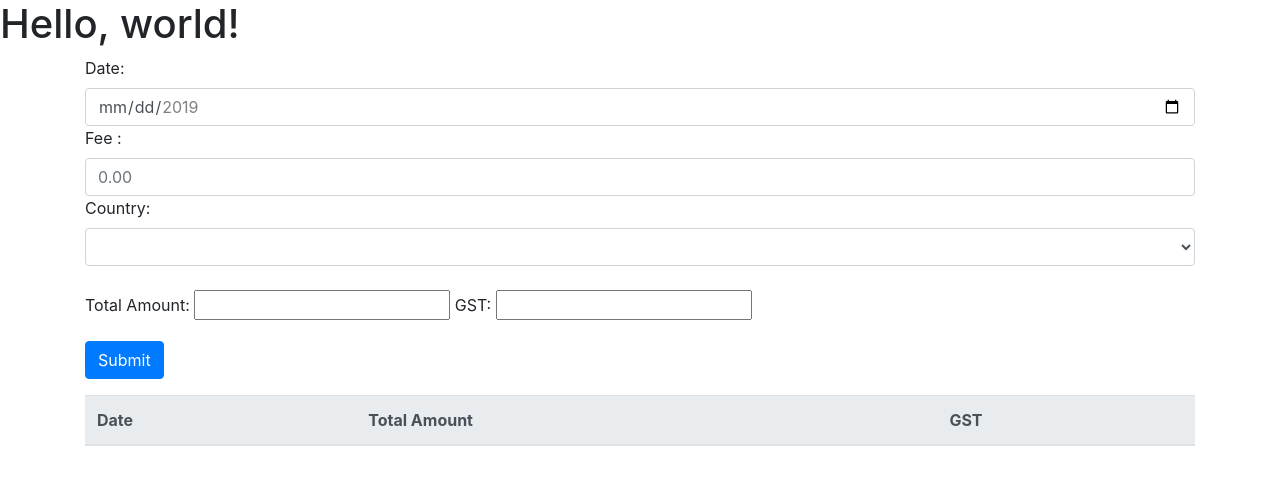
Repository: yucheng91/feesubmissionform
Page: http://localhost/
The author's editor kept a record of every edit. The page is drawn from the files as they stood at one moment, then again after the next edit.
The browser window is 1280 px wide. The pictures show the whole page.
The page is served by the project's application, run on Flask 3 (app.py). Queries for data that is not in the repository find no rows.

Above is the page before.

After the next edit:
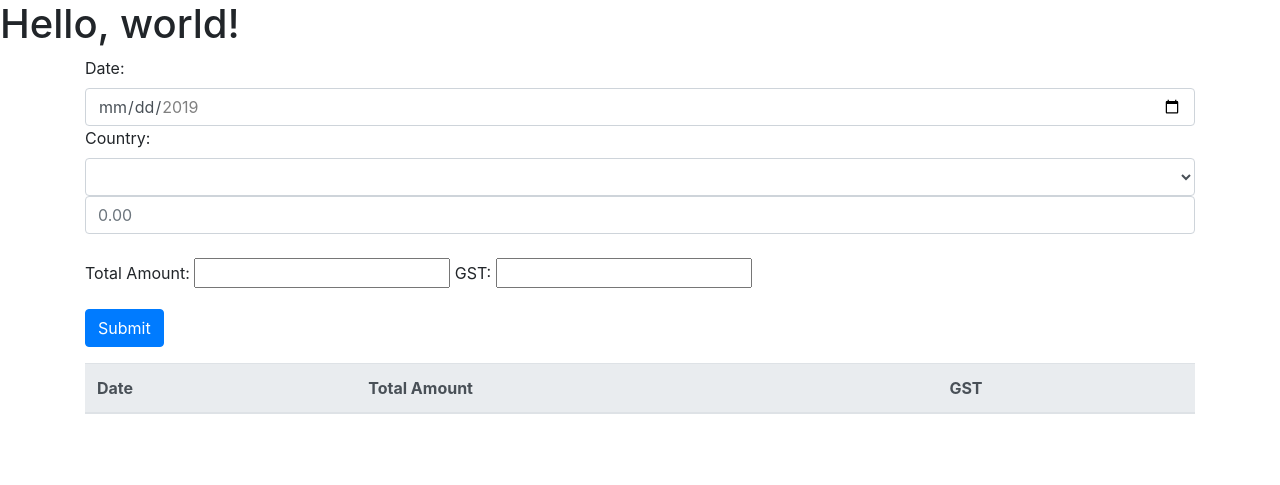
The edit:
--- a/templates/index.html
+++ b/templates/index.html
@@ -23,11 +23,7 @@
                       Date:
                   </label>
               <input type='date' class='form-control' name='date' title="date" min="2019-01-01" max="2019-12-31">
-              <label class='label'>
-                      Fee :
-                  </label>
-              <input type='number' step="0.01" class='form-control' name='fee' placeholder='0.00' onkeyup="calculateGST()">
-              </label>
+
               <label class='label'>
                       Country:
                   </label>
@@ -36,6 +32,7 @@
                           <option value='{{ d['id'] }}' {%if d['id'] == id %}selected='selected'{%endif%}>{{ d['country'] }}</option>
                                {%endfor%}
               </select>
+              <input type='number' step="0.01" class='form-control' name='fee' placeholder='0.00' onkeyup="calculateGST()">
               <br>
                 <label class='label' >
                   Total Amount:

After the edit that followed:
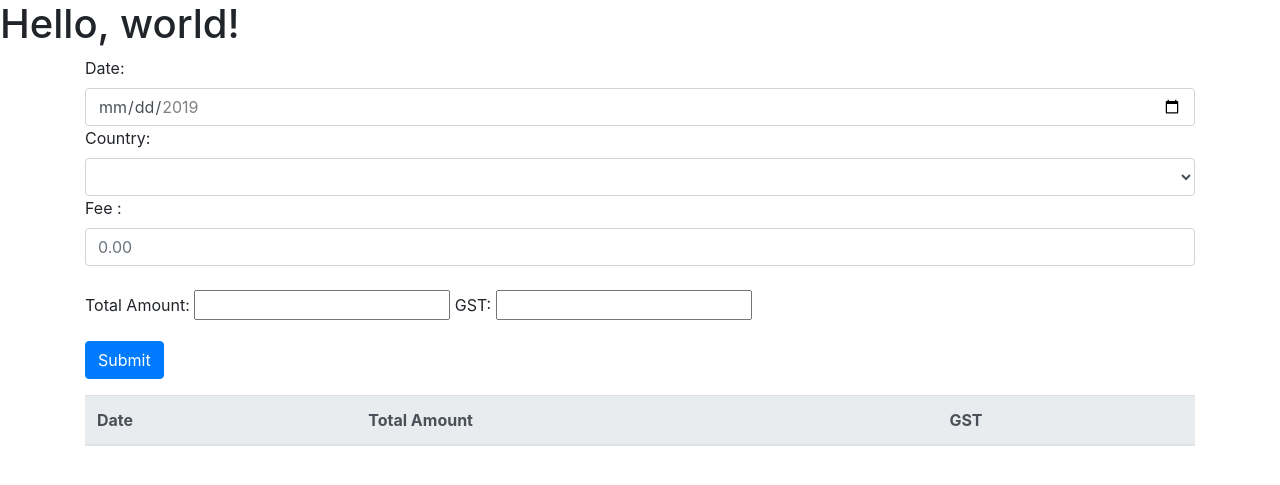
The edit:
--- a/templates/index.html
+++ b/templates/index.html
@@ -32,6 +32,9 @@
                           <option value='{{ d['id'] }}' {%if d['id'] == id %}selected='selected'{%endif%}>{{ d['country'] }}</option>
                                {%endfor%}
               </select>
+              <label class='label'>
+                      Fee :
+                  </label>
               <input type='number' step="0.01" class='form-control' name='fee' placeholder='0.00' onkeyup="calculateGST()">
               <br>
                 <label class='label' >
